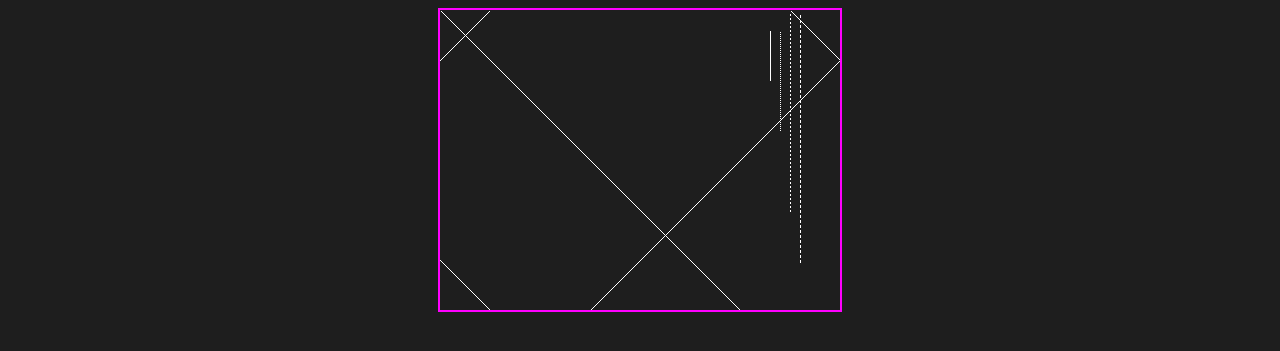
Repository: StarLightGX/miao
Page: paint.html
The author's editor kept a copy of each file at every save. The page is drawn from the files as they stood at one save, then again after a run of saves.
The browser window is 1280 px wide. The pictures show the whole page.

Above is the page before, as saved 2020-11-12 20:07:54.

### paint.html
<!DOCTYPE html>
<html lang="en">
  <head>
    <meta charset="UTF-8" />
    <title>画图</title>
    <style>
      html {
        background-color: rgb(30, 30, 30);
      }
      canvas {
        border: 2px solid #f0f;
        display: block;
        margin: auto;
      }
    </style>
  </head>
  <body>
    <canvas width="400" height="300"></canvas>
  </body>
  <script>
    var canvas = document.querySelector("canvas");
    canvas.style.imageRendering = "pixelated";
    var ctx = canvas.getContext("2d");

    function dot(x, y, color = "white") {
      x = x | 0;
      y = y | 0;
      ctx.fillStyle = color;
      ctx.fillRect(x, y, 1, 1);
    }

    function line(x1, y1, x2, y2) {
      ctx.strokeStyle = "black";
      ctx.moveTo(x1, y1);
      ctx.lineTo(x2, y2);
      ctx.stroke();
    }
    /**
   * YOUR TASK
画图的题：
画一条实线
画一条一个实点一个空点的虚线
画一条两个实点两个空点的虚线
画一条三个实点两个空点的虚线
画一条45度的斜线
画一条30度的斜线（选做）
在四个角画分别画一条45度的斜线以让画面看起来像一个相框
画一条跨越画布左上角和右下角的对角线
画一个空心矩形
画一个实心矩形
画一个rgb色彩空间的某一面
画一个空心的圆
画一个实心的圆
画一个大小合适的sin(x)的图像
   */
  </script>
  <script>
    // YOUR CODE GOES BELOW
    var x = 1;
    var y = 1;
    var i = 0;

    // 画一条实线
    y = 20;
    for (i = 0; i < 50; i++) {
      y = y + 1;
      x = 330;
      dot(x, y);
    }

    // 画一条一个实点一个空点的虚线
    y = 20;
    for (i = 0; i < 50; i++) {
      y = y + 2;
      x = 340;
      dot(x, y);
    }

    // 画一条两个实点两个空点的虚线

    for (i = 0; i < 50; i++) {
      y = 4 * (i + 1);
      x = 350;
      dot(x, y);
    }

    for (i = 0; i < 50; i++) {
      y = 4 * (i + 1) + 1;
      x = 350;
      dot(x, y);
    }

    // 画一条三个实点两个空点的虚线

    for (i = 0; i < 50; i++) {
      y = 5 * (i + 1);
      x = 360;
      dot(x, y);
    }

    for (i = 0; i < 50; i++) {
      y = 5 * (i + 1) + 1;
      x = 360;
      dot(x, y);
    }

    for (i = 0; i < 50; i++) {
      y = 5 * (i + 1) + 2;
      x = 360;
      dot(x, y);
    }

    // 画一条45度的斜线
    y = 0;
    for (i = 0; i < 1050; i++) {
      y = y + 1;
      x = y;
      dot(x, y);
    }
    // 画一条30度的斜线（选做）
    y = 0;
    for (i = 0; i < 1050; i++) {
      y = y + 1;
      x = y;
      dot(x, y);
    }
    // 在四个角画分别画一条45度的斜线以让画面看起来像一个相框
    y = 0;
    for (i = 0; i < 1050; i++) {
      y = y + 1;
      x = y;
      dot(x - 250, y);
    }
    y = 0;
    for (i = 0; i < 1050; i++) {
      y = y + 1;
      x = y;
      dot(x + 350, y);
    }
    y = 0;
    for (i = 0; i < 1050; i++) {
      y = y + 1;
      x = -y;
      dot(x + 50, y);
    }
    y = 0;
    for (i = 0; i < 1050; i++) {
      y = y + 1;
      x = -y;
      dot(x + 450, y);
    }

    // 画一条跨越画布左上角和右下角的对角线
    // 画一个空心矩形
    // 画一个实心矩形
    // 画一个rgb色彩空间的某一面
    // 画一个空心的圆
    // 画一个实心的圆
    // 画一个大小合适的sin(x)的图像
  </script>
</html>

After the next 2 saves:
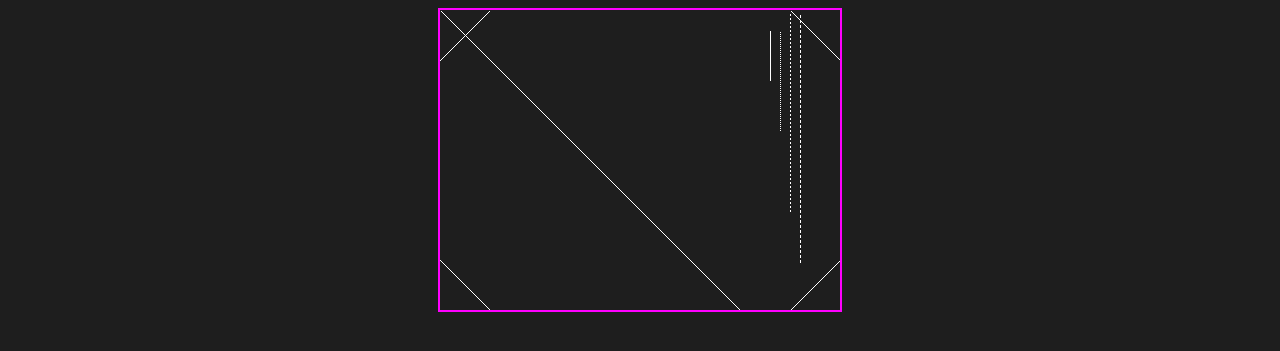
The 2 saves are shown as one change because they came seconds apart.
The last was saved 7 s later.
--- a/paint.html
+++ b/paint.html
@@ -147,7 +147,7 @@
     for (i = 0; i < 1050; i++) {
       y = y + 1;
       x = -y;
-      dot(x + 450, y);
+      dot(x + 650, y);
     }
 
     // 画一条跨越画布左上角和右下角的对角线
